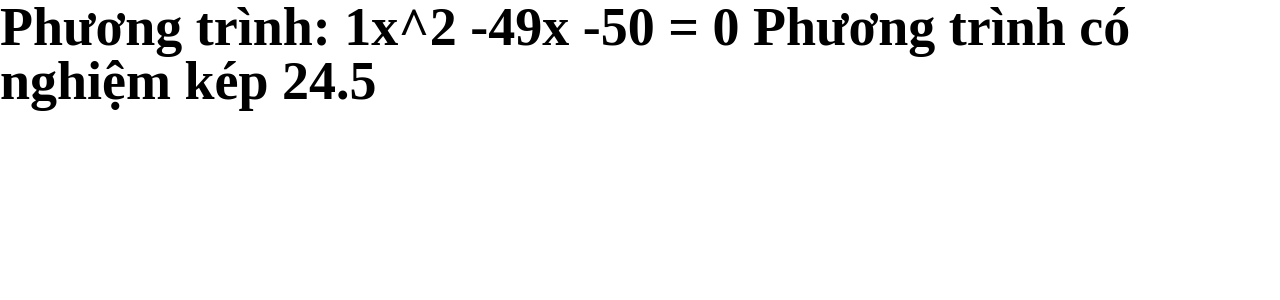
Repository: letrongtinh27/LapTrinhWeb
Page: PhuongTrinhBac2/index.html
An editor plug-in stored every save of this project. The page is shown before and after the next save, followed by the edit.
The browser window is 1280 px wide. The pictures show the whole page.

Above is the page before, as saved 2022-10-13 17:29:48.

### PhuongTrinhBac2/index.html
<!DOCTYPE html>
<html lang="en">
<head>
    <meta charset="UTF-8">
    <meta http-equiv="X-UA-Compatible" content="IE=edge">
    <meta name="viewport" content="width=device-width, initial-scale=1.0">
    <title>Document</title>
    <link rel="stylesheet" href="./reset.css">
</head>
<body>
    <script src="./main.js"></script>
</body>
</html>

### PhuongTrinhBac2/reset.css
html, body, div, span, applet, object, iframe,
h1, h2, h3, h4, h5, h6, p, blockquote, pre,
a, abbr, acronym, address, big, cite, code,
del, dfn, em, img, ins, kbd, q, s, samp,
small, strike, strong, sub, sup, tt, var,
b, u, i, center,
dl, dt, dd, ol, ul, li,
fieldset, form, label, legend,
table, caption, tbody, tfoot, thead, tr, th, td,
article, aside, canvas, details, embed,
figure, figcaption, footer, header, hgroup,
menu, nav, output, ruby, section, summary,
time, mark, audio, video {
    margin: 0;
    padding: 0;
    border: 0;
    font-size: 100%;
    font: inherit;
    vertical-align: baseline;
}
/* HTML5 display-role reset for older browsers */
article, aside, details, figcaption, figure,
footer, header, hgroup, menu, nav, section {
    display: block;
}
body {
    line-height: 1;
}
ol, ul {
    list-style: none;
}
blockquote, q {
    quotes: none;
}
blockquote:before, blockquote:after,
q:before, q:after {
    content: '';
    content: none;
}
table {
    border-collapse: collapse;
    border-spacing: 0;
}

body{
    font-size: 54px;
    font-weight: bold;
}

### PhuongTrinhBac2/main.js
function ptb2(a, b, c) {
    var delta = Math.pow(b,2) - 4*a*c;
    if(a == 0) {
        document.write("Không phải phương trình bậc 2")
    } else if(delta < 0) {
        document.write("Phuong trình không có ngiệm")
    } else if (delta > 0) {
        var x = -b/(2*a);
        document.write("Phương trình có nghiệm kép " + x);
    } else {

    }

    console.log(delta);
}
var a = 1;
var b = -49;
var c = -50;
document.writeln("Phương trình: " + a+"x^2 " + b+"x " + c + " = 0");
ptb2(a, b, c);

After the next save:
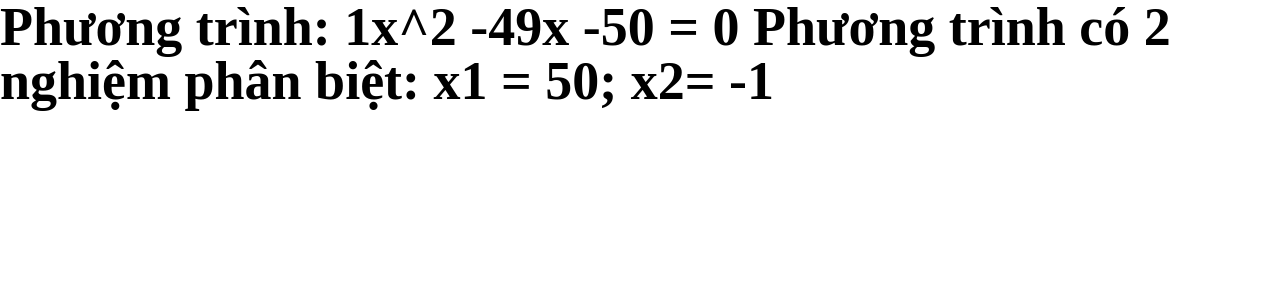
Saved 2 min 39 s later.
--- a/PhuongTrinhBac2/main.js
+++ b/PhuongTrinhBac2/main.js
@@ -4,9 +4,13 @@ function ptb2(a, b, c) {
         document.write("Không phải phương trình bậc 2")
     } else if(delta < 0) {
         document.write("Phuong trình không có ngiệm")
-    } else if (delta > 0) {
+    } else if (delta == 0) {
         var x = -b/(2*a);
         document.write("Phương trình có nghiệm kép " + x);
+    } else if(delta > 0){
+        var x1 = (-b+Math.sqrt(delta))/(2*a);
+        var x2 = (-b-Math.sqrt(delta))/(2*a);
+        document.write("Phương trình có 2 nghiệm phân biệt: " + "x1 = " + x1 + "; x2= " + x2);
     } else {
 
     }
